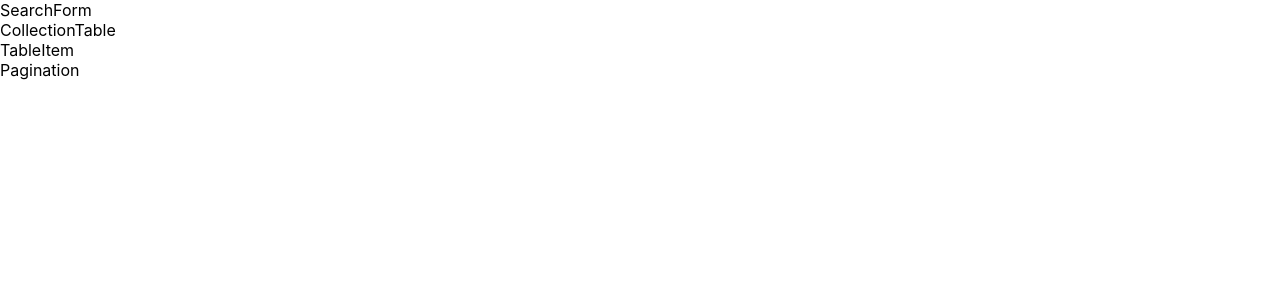
Repository: ivan-baljkas/pristupni_zadatak
Page: / (app in frontend/react-akademija-master/)
The author's editor kept a copy of each file at every save. The page is drawn from the files as they stood at one save, then again after a run of saves.
The browser window is 1280 px wide. The pictures show the whole page.
The project was rebuilt for these pictures with package versions that can differ from the ones it lists, and the page was loaded fresh each time.

Above is the page before, as saved 2021-07-21 12:29:13.

After the next 2 saves:
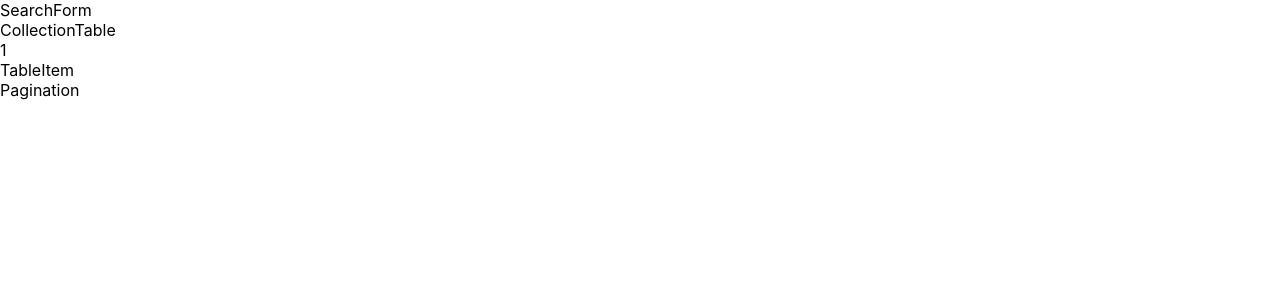
The 2 saves are shown as one change because 1 did not build or start.
The last was saved 26 s later.
--- a/frontend/react-akademija-master/src/App.js
+++ b/frontend/react-akademija-master/src/App.js
@@ -12,7 +12,7 @@ const App = () => {
     <div>
         <SearchForm/>
         <CollectionTable/>
-        {data.data}
+        {data.pagination.page}
         <TableItem/>
         <Pagination/>
     </div>
